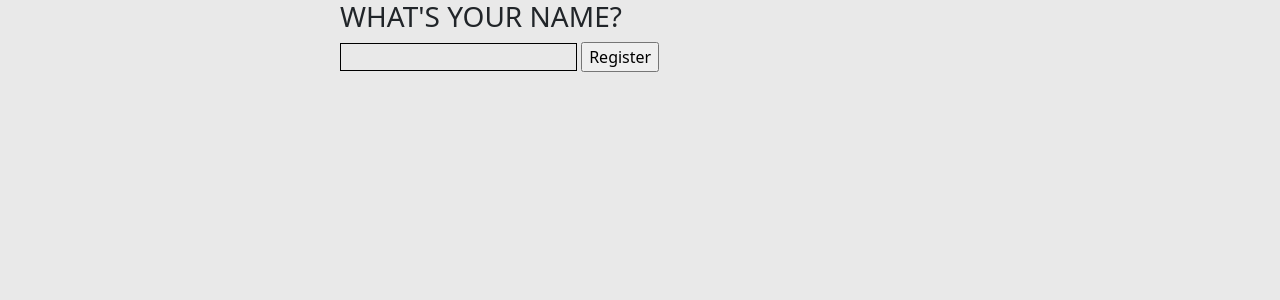
Repository: haimy125/demo_chat
Page: http://localhost/
An editor plug-in stored every save of this project. The page is shown before and after the next save, followed by the edit.
The browser window is 1280 px wide. The pictures show the whole page.
The page is served by the project's Node server (DEMO_CHAT_SOCKETIO/SERVER.js).

Above is the page before, as saved 2021-08-29 15:26:08.

### DEMO_CHAT_SOCKETIO/views/trangchu.ejs
<!DOCTYPE html>
<html lang="en">

<head>
    <meta charset="UTF-8">
    <meta http-equiv="X-UA-Compatible" content="IE=edge">
    <meta name="viewport" content="width=device-width, initial-scale=1.0">
    <title>demo chat</title>
    <link href="https://cdn.jsdelivr.net/npm/bootstrap@5.0.2/dist/css/bootstrap.min.css" rel="stylesheet" integrity="sha384-EVSTQN3/azprG1Anm3QDgpJLIm9Nao0Yz1ztcQTwFspd3yD65VohhpuuCOmLASjC" crossorigin="anonymous">
    <script src="https://cdn.jsdelivr.net/npm/@popperjs/core@2.9.2/dist/umd/popper.min.js" integrity="sha384-IQsoLXl5PILFhosVNubq5LC7Qb9DXgDA9i+tQ8Zj3iwWAwPtgFTxbJ8NT4GN1R8p" crossorigin="anonymous"></script>
    <script src="https://cdn.jsdelivr.net/npm/bootstrap@5.0.2/dist/js/bootstrap.min.js" integrity="sha384-cVKIPhGWiC2Al4u+LWgxfKTRIcfu0JTxR+EQDz/bgldoEyl4H0zUF0QKbrJ0EcQF" crossorigin="anonymous"></script>

    <script src="jquery.js"></script>
    <script src="socket.io/socket.io.js"></script>
    <link rel="stylesheet" href="layout.css">
    <script src="xuly.js">
    </script>
</head>

<body>
    <div id="wrapper">
        <div id="loginForm">
            <h3>WHAT'S YOUR NAME?</h3>
            <input type="text" id="txtUsername">
            <input type="button" value="Register" id="btnRegister" />
        </div>
        <div id="chatForm"></div>
    </div>
</body>

</html>

### DEMO_CHAT_SOCKETIO/SERVER.js
var express = require('express'); //phai require thu vien express moi chay
var app = express(); //khai bao server
app.use(express.static("public")); //can file js, css nen khai bao the nay de all file trong public la khach hang truy cap duoc het

app.set("view engine", "ejs"); //
app.set("views", "./views");
var server = require('http').Server(app); //dựng server
var io = require('socket.io')(server);
server.listen(3000);


app.get('/', function(req, res) {
    res.render('trangchu');
});

### DEMO_CHAT_SOCKETIO/public/layout.css
body {
    background-color: #e9e9e9;
}

#wrapper {
    width: 600px;
    margin: 0 auto;
}

#txtUsername {
    background-color: transparent;
    border: solid 1px;
    border-width: 0 0 1 0;
}

### DEMO_CHAT_SOCKETIO/public/xuly.js
$(document).ready(function() {
    // alert('a');
});

Loaded but not shown: DEMO_CHAT_SOCKETIO/public/jquery.js (library)

After the next save:
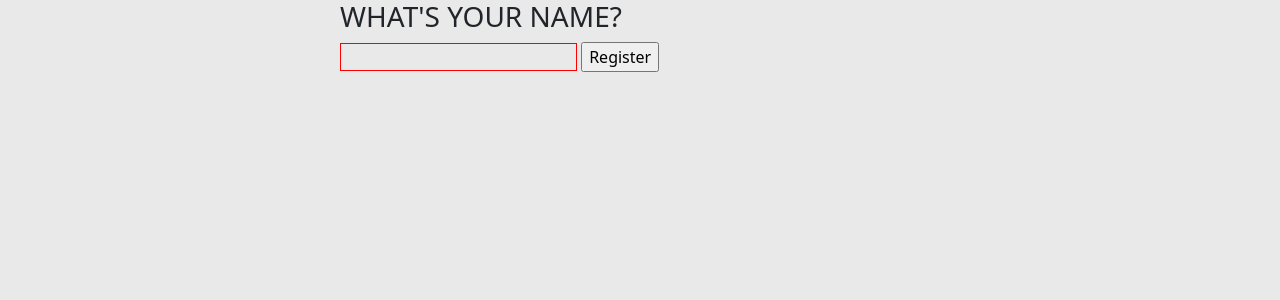
Saved 4 s later.
--- a/DEMO_CHAT_SOCKETIO/public/layout.css
+++ b/DEMO_CHAT_SOCKETIO/public/layout.css
@@ -9,6 +9,6 @@
 
 #txtUsername {
     background-color: transparent;
-    border: solid 1px;
+    border: solid 1px red;
     border-width: 0 0 1 0;
 }

After the 2 saves that followed:
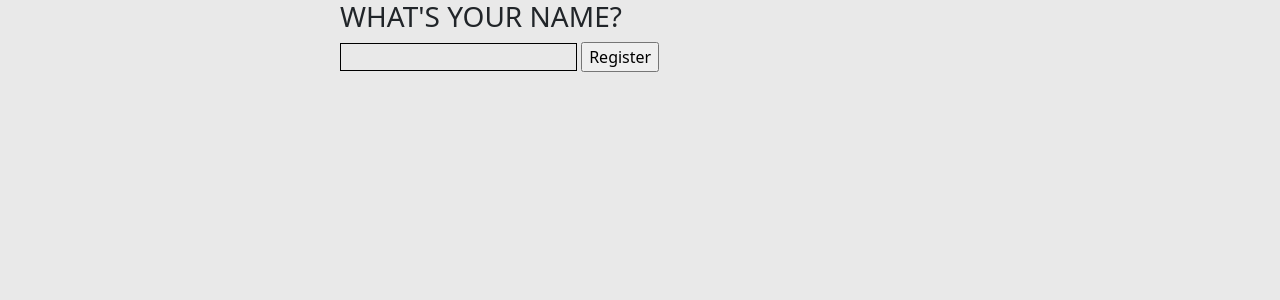
The 2 saves are shown as one change because 1 left the picture as it was.
The last was saved 17 s later.
--- a/DEMO_CHAT_SOCKETIO/public/layout.css
+++ b/DEMO_CHAT_SOCKETIO/public/layout.css
@@ -9,6 +9,6 @@
 
 #txtUsername {
     background-color: transparent;
-    border: solid 1px red;
-    border-width: 0 0 1 0;
+    border: solid 1px black;
+    /* border-width: 0 0 1 0; */
 }
